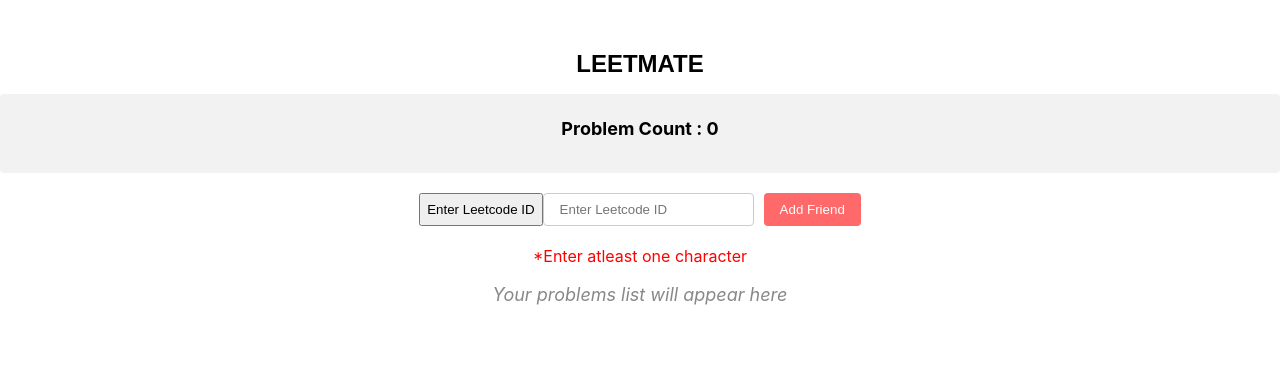
Repository: Sanketh149/leetcode-discord
Page: /
These files come from the project's save history. The page is drawn as it stood at one moment and after the next save; the edit follows.
The browser window is 1280 px wide. The pictures show the whole page.
The project was rebuilt for these pictures with package versions that can differ from the ones it lists, and the page was loaded fresh each time. Also part of the build but not shown: src/Modal.module.css, src/Modal.js, src/Cart.module.css, src/Cart.js.

Above is the page before, as saved 2023-06-21 18:32:26.

### public/index.html
<!DOCTYPE html>
<html lang="en">
  <head>
    <meta charset="utf-8" />
    <link rel="icon" href="%PUBLIC_URL%/favicon.ico" />
    <meta name="viewport" content="width=device-width, initial-scale=1" />
    <meta name="theme-color" content="#000000" />
    <meta
      name="description"
      content="Web site created using create-react-app"
    />
    <link rel="apple-touch-icon" href="%PUBLIC_URL%/logo192.png" />
    <!--
      manifest.json provides metadata used when your web app is installed on a
      user's mobile device or desktop. See https://developers.google.com/web/fundamentals/web-app-manifest/
    -->
    <link rel="manifest" href="%PUBLIC_URL%/manifest.json" />
    <!--
      Notice the use of %PUBLIC_URL% in the tags above.
      It will be replaced with the URL of the `public` folder during the build.
      Only files inside the `public` folder can be referenced from the HTML.

      Unlike "/favicon.ico" or "favicon.ico", "%PUBLIC_URL%/favicon.ico" will
      work correctly both with client-side routing and a non-root public URL.
      Learn how to configure a non-root public URL by running `npm run build`.
    -->
    <title>LeetMate</title>
  </head>
  <body>
    <noscript>You need to enable JavaScript to run this app.</noscript>
    <div id="root"></div>
    <div id="overlays"></div>
    <!--
      This HTML file is a template.
      If you open it directly in the browser, you will see an empty page.

      You can add webfonts, meta tags, or analytics to this file.
      The build step will place the bundled scripts into the <body> tag.

      To begin the development, run `npm start` or `yarn start`.
      To create a production bundle, use `npm run build` or `yarn build`.
    -->
  </body>
</html>

### src/App.js
import React, { useState } from "react";
import "./App.css";
import Cart from "./Cart";
const API_ENDPOINT = "/graphql";
const App = () => {
  const [username, setUsername] = useState("");
  const [user, setUser] = useState([]);
  const [leetId, setLeetId] = useState([]);
  const displayTitle = (item, titleSlug) => {
    const exisitingTitles = user.map((innerArray) => innerArray[0]);
    const exisitingSlugs = user.map((innerArray) => innerArray[1]);
    const uniqueTitles = [...new Set([...exisitingTitles, ...item])];
    const uniqueSlugs = [...new Set([...exisitingSlugs, ...titleSlug])];
    // const uniquePairs = uniqueTitles.map((name, index) => ({
    //   name,
    //   link: uniqueSlugs[index],
    // }));
    const uniquePairs = [];
    for (let i = 0; i < uniqueSlugs.length; i++) {
      const temp = [uniqueTitles[i], uniqueSlugs[i]];
      uniquePairs.push(temp);
    }
    setUser((prevState) => {
      return uniquePairs;
    });
  };

  const handleFormSubmit = async (event) => {
    event.preventDefault();

    const query = `
      {
        recentAcSubmissionList(username: "${username}") {
          id
          title
          titleSlug
        }
      }
    `;

    const url = `${API_ENDPOINT}?query=${encodeURIComponent(query)}`;

    fetch(url)
      .then((response) => response.json())
      .then((result) => {
        const titles = result.data.recentAcSubmissionList.map(
          (submission) => submission.title
        );
        const titleslugs = result.data.recentAcSubmissionList.map(
          (submission) => submission.titleSlug
        );
        displayTitle(titles, titleslugs);
        if (username.length >= 0 && !leetId.includes(username)) {
          setLeetId((prevState) => [...prevState, username]);
        }
        setUsername("");
      })
      .catch((error) => {
        setCartIsShown(true);
      });
  };

  const handleSubmit = (event) => {
    event.preventDefault();
    handleFormSubmit(event);
    // if (username.length >= 0 && !leetId.includes(username)) {
    //   setLeetId((prevState) => [...prevState, username]);
    // }
    // setUsername("");
  };
  const [cartIsShown, setCartIsShown] = useState(false);
  const showCartHandler = () => {
    setCartIsShown(true);
  };
  const hideCartHandler = () => {
    setCartIsShown(false);
    setUsername("");
  };
  const isSubmitDisabled = username.trim().length === 0;
  return (
    <div className="app">
      {cartIsShown && <Cart onClose={hideCartHandler} shownName={username} />}
      <h1 className="app__title">LEETMATE</h1>
      <div className="problemCountCard">
        {" "}
        <p className="problemCount">Problem Count : {user.length}</p>
      </div>
      <form onSubmit={handleSubmit} className="app__form">
        <button className="app__username-button"> Enter Leetcode ID </button>
        <input
          type="text"
          value={username}
          onChange={(event) => setUsername(event.target.value)}
          placeholder="Enter Leetcode ID"
          className="app__input"
        />
        <button
          type="submit"
          className={`${
            isSubmitDisabled === true ? "app__button_disabled" : "app__button"
          }`}
          disabled={isSubmitDisabled}
        >
          Add Friend
        </button>
      </form>
      {isSubmitDisabled === true && (
        <div style={{ display: "block" }} className="errorShow">
          {" "}
          *Enter atleast one character
        </div>
      )}
      {leetId.map((item) => (
        <a href={`https://leetcode.com/${item}`} target="_blank">
          <button className="displayNameButton">{item}</button>
        </a>
      ))}
      {user.length > 0 && (
        <div>
          <b>
            {" "}
            Provided below are the links to the problems solved by above users
          </b>
        </div>
      )}
      {user.length > 0 ? (
        <ul className="app__list">
          {user.map((item) => (
            <li className="app__item">
              <a
                href={`https://leetcode.com/problems/${item[1]}`}
                target="_blank"
              >
                {item[0]}
              </a>
            </li>
          ))}
        </ul>
      ) : (
        <p className="app__message">Your problems list will appear here</p>
      )}
    </div>
  );
};

export default App;

### src/App.css
.app {
  text-align: center;
  margin-top: 50px;
}

.app__title {
  font-family: Arial, Helvetica, sans-serif;
  font-size: 24px;
}

.app__form {
  display: flex;
  justify-content: center;
  margin-bottom: 20px;
  margin-top: 20px;
}

.app__input {
  padding: 8px 16px;
  margin-right: 10px;
  border-radius: 4px;
  border: 1px solid #ccc;
}

.app__button {
  padding: 8px 16px;
  border-radius: 4px;
  background-color: #007bff;
  color: #fff;
  border: none;
  cursor: pointer;
}

.app__button_disabled {
  padding: 8px 16px;
  border-radius: 4px;
  background-color: #ff6969;
  color: #fff;
  border: none;
  cursor: pointer;
}

.app__list {
  list-style: none;
  padding-left: 0;
  margin-bottom: 20px;
}

.app__item {
  font-size: 18px;
  margin-bottom: 10px;
}

.app__message {
  font-size: 18px;
  font-style: italic;
  color: #888;
}

.app__list a {
  color: #007bff; /* Set the color for regular links */
  text-decoration: none; /* Remove underline for links */
}

.app__list a:visited {
  color: #007bff; /* Set the color for visited links */
}

.errorShow {
  color: red;
}

.displayNameButton {
  background-color: #f2f2f2;
  border: 1px solid black;
  border-radius: 4px;
  padding: 8px 12px;
  font-size: 14px;
  cursor: pointer;
  margin: 1rem;
}
.displayNameButton:hover {
  background-color: #e0e0e0;
}
.problemCountCard {
  background-color: #f2f2f2;
  padding: 16px;
  margin-top: 16px;
  border-radius: 4px;
}
.problemCount {
  font-size: large;
  font-weight: bold;
  margin-top: 8px;
}
.app__label {
  display: block;
  margin-bottom: 8px;
  font-weight: bold;
}

Loaded but not shown: src/index.js (common file); src/index.css (common file); src/reportWebVitals.js (common file)

After the next save:
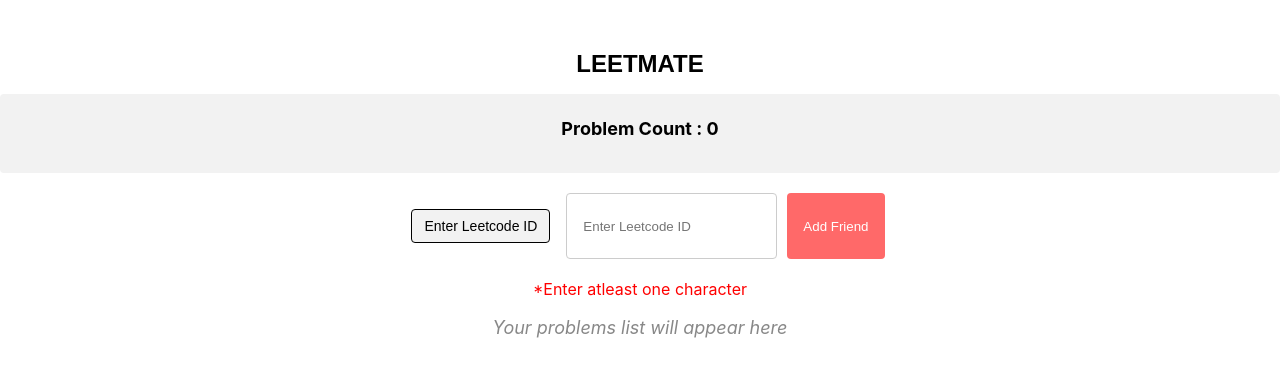
Saved 104 s later.
--- a/src/App.js
+++ b/src/App.js
@@ -86,7 +86,7 @@
         <p className="problemCount">Problem Count : {user.length}</p>
       </div>
       <form onSubmit={handleSubmit} className="app__form">
-        <button className="app__username-button"> Enter Leetcode ID </button>
+        <button className="displayNameButton"> Enter Leetcode ID </button>
         <input
           type="text"
           value={username}
